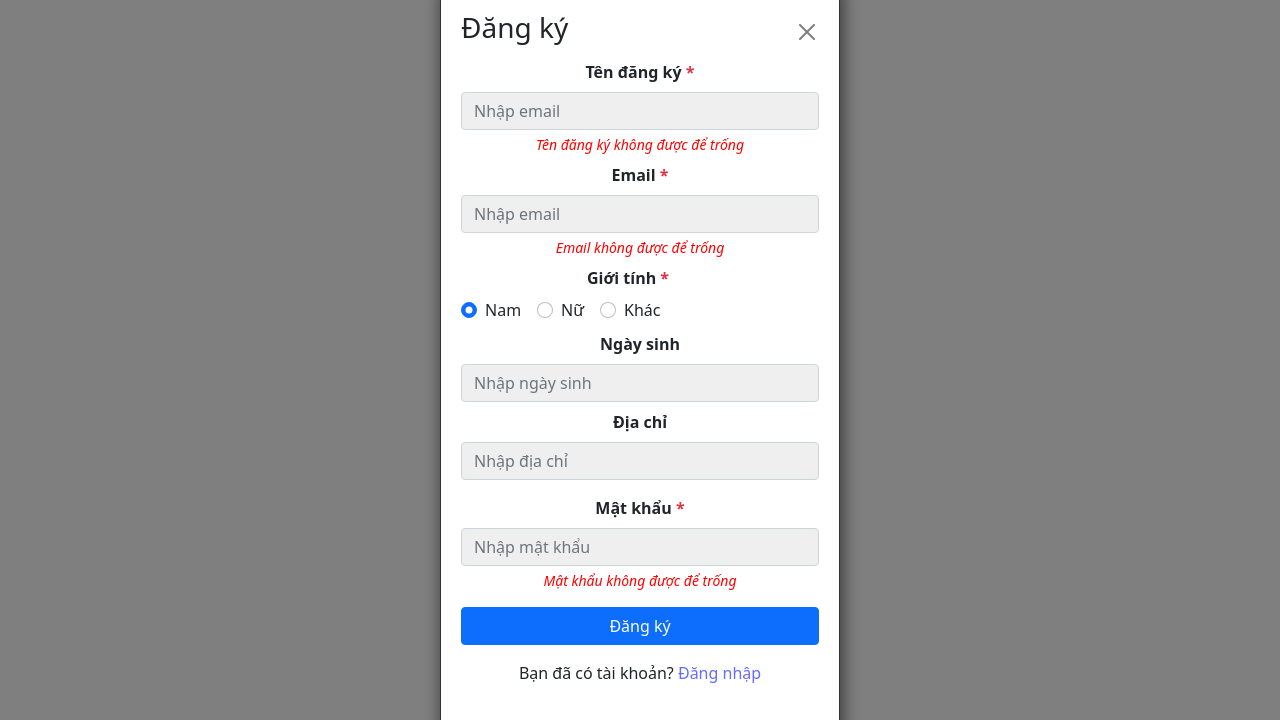
Repository: TinhTT336/MD02_Session12
Page: / (app in client/)
The author's editor kept a copy of each file at every save. The page is drawn from the files as they stood at one save, then again after the next save.
The browser window is 1280 px wide. The pictures show the whole page.
The project was rebuilt for these pictures with package versions that can differ from the ones it lists, and the page was loaded fresh each time. Also part of the build but not shown: client/vite.config.js, client/src/utils/formatData.js, client/src/components/admin/manager-product/FormAdd.jsx, client/src/components/admin/manager-product/FormEdit.jsx, client/src/pages/product/ListProduct.jsx, client/src/components/admin/manager-user/FormAddUser.jsx, client/src/components/admin/manager-user/FormEditUser.jsx, client/src/components/base/loading.css and 4 more.

Above is the page before, as saved 2023-09-12 15:46:38.

After the next save:
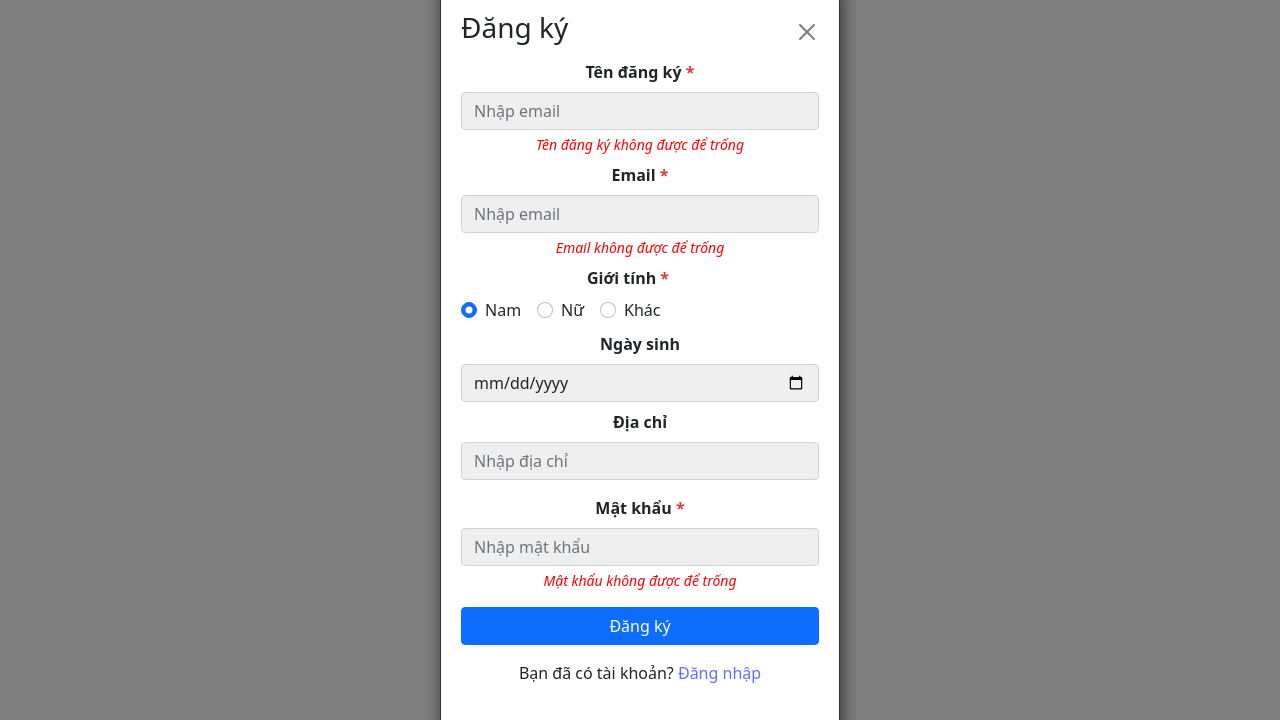
Saved 25 s later.
--- a/client/src/pages/user/register/Register.jsx
+++ b/client/src/pages/user/register/Register.jsx
@@ -71,7 +71,7 @@ export default function Register() {
                     </div>
                     <div className='form-group mb-2 mt-2'>
                         <label className='form-label' htmlFor="dateOfBirth">Ngày sinh</label>
-                        <input className='form-control' type="text" name="dateOfBirth" id="dateOfBirth" placeholder='Nhập ngày sinh'
+                        <input className='form-control' type="date" name="dateOfBirth" id="dateOfBirth" placeholder='Nhập ngày sinh'
                             onChange={handleInputChange} />
                         {/* <div className='text-err mt-1 border-err'>Ngày sinh không được để trống</div> */}
                     </div>
